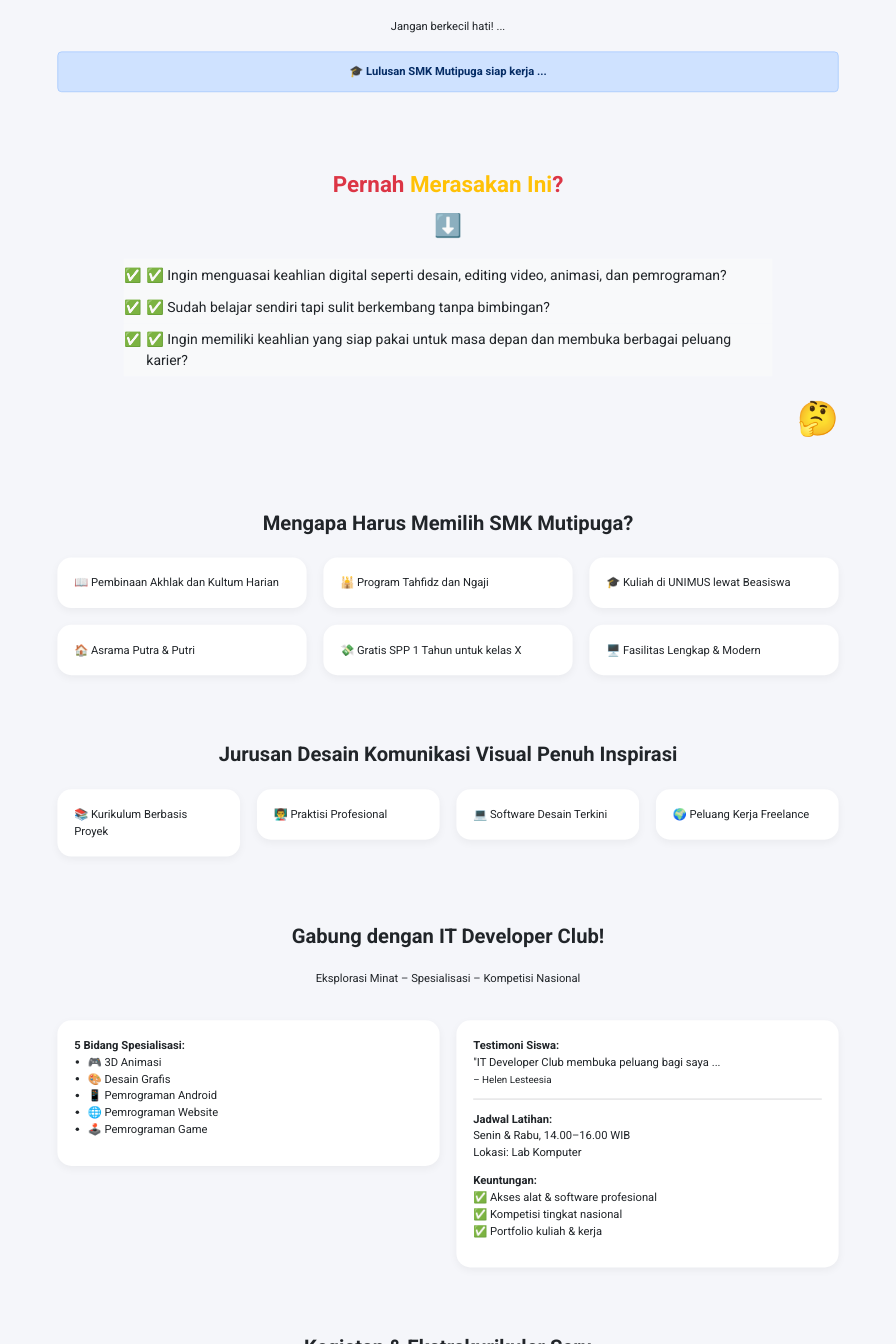
Repository: ppdbsmkmutipuga/ppdbsmkmutipuga.github.io
Page: index.html
These files come from the project's save history. The page is drawn as it stood at one moment and after the next save; the edit follows.
The browser window is 1280 px wide. The pictures show the part of the page from y = 521 to 2441 px (the page is 3249 px tall before and 3087 px after), at 70% of full size.

Above is the page before, as saved 2025-06-29 03:04:48.
Not found: main.js

After the next save:
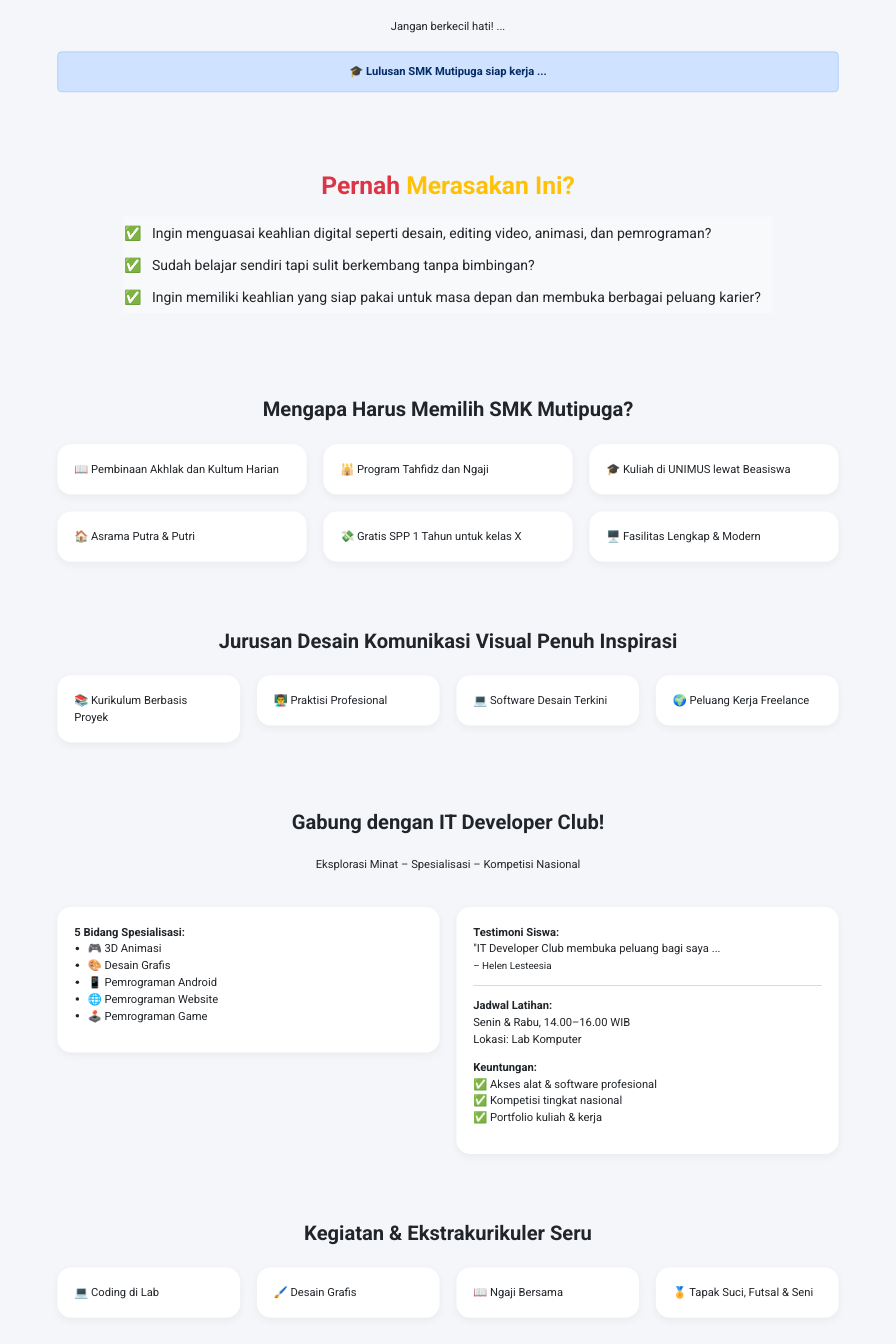
Saved 94 s later.
--- a/index.html
+++ b/index.html
@@ -56,11 +56,11 @@
     </section>
     <section class="container py-5">
         <div class="text-center mb-4">
-            <h2 class="fw-bold text-danger" style="font-size: 2rem;">
-                Pernah <span class="text-warning">Merasakan Ini</span>?
+            <h2 class="fw-bold" style="font-size: 2.2rem;">
+                <span class="text-danger">Pernah</span> <span class="text-warning">Merasakan Ini?</span>
             </h2>
-            <div class="my-3">
-                <span style="font-size: 2rem;">⬇️</span>
+            <div class="my-2">
+                <i class="bi bi-arrow-down-circle-fill text-warning" style="font-size: 2rem;"></i>
             </div>
         </div>
 
@@ -68,22 +68,26 @@
             <div class="col-md-10">
                 <ul class="list-group list-group-flush fs-5">
                     <li class="list-group-item">
-                        ✅ Ingin menguasai keahlian digital seperti desain, editing video, animasi, dan pemrograman?
+                        <i class="bi bi-check-circle-fill text-success me-2"></i>
+                        Ingin menguasai keahlian digital seperti desain, editing video, animasi, dan pemrograman?
                     </li>
                     <li class="list-group-item">
-                        ✅ Sudah belajar sendiri tapi sulit berkembang tanpa bimbingan?
+                        <i class="bi bi-check-circle-fill text-success me-2"></i>
+                        Sudah belajar sendiri tapi sulit berkembang tanpa bimbingan?
                     </li>
                     <li class="list-group-item">
-                        ✅ Ingin memiliki keahlian yang siap pakai untuk masa depan dan membuka berbagai peluang karier?
+                        <i class="bi bi-check-circle-fill text-success me-2"></i>
+                        Ingin memiliki keahlian yang siap pakai untuk masa depan dan membuka berbagai peluang karier?
                     </li>
                 </ul>
             </div>
         </div>
 
         <div class="text-end mt-4">
-            <span style="font-size: 3rem;">🤔</span>
-        </div>
-    </section>
+            <i class="bi bi-emoji-thinking fs-1 text-secondary"></i>
+        </div>
+    </section>
+
 
     <section class="container py-5">
         <h2 class="section-title">Mengapa Harus Memilih SMK Mutipuga?</h2>
